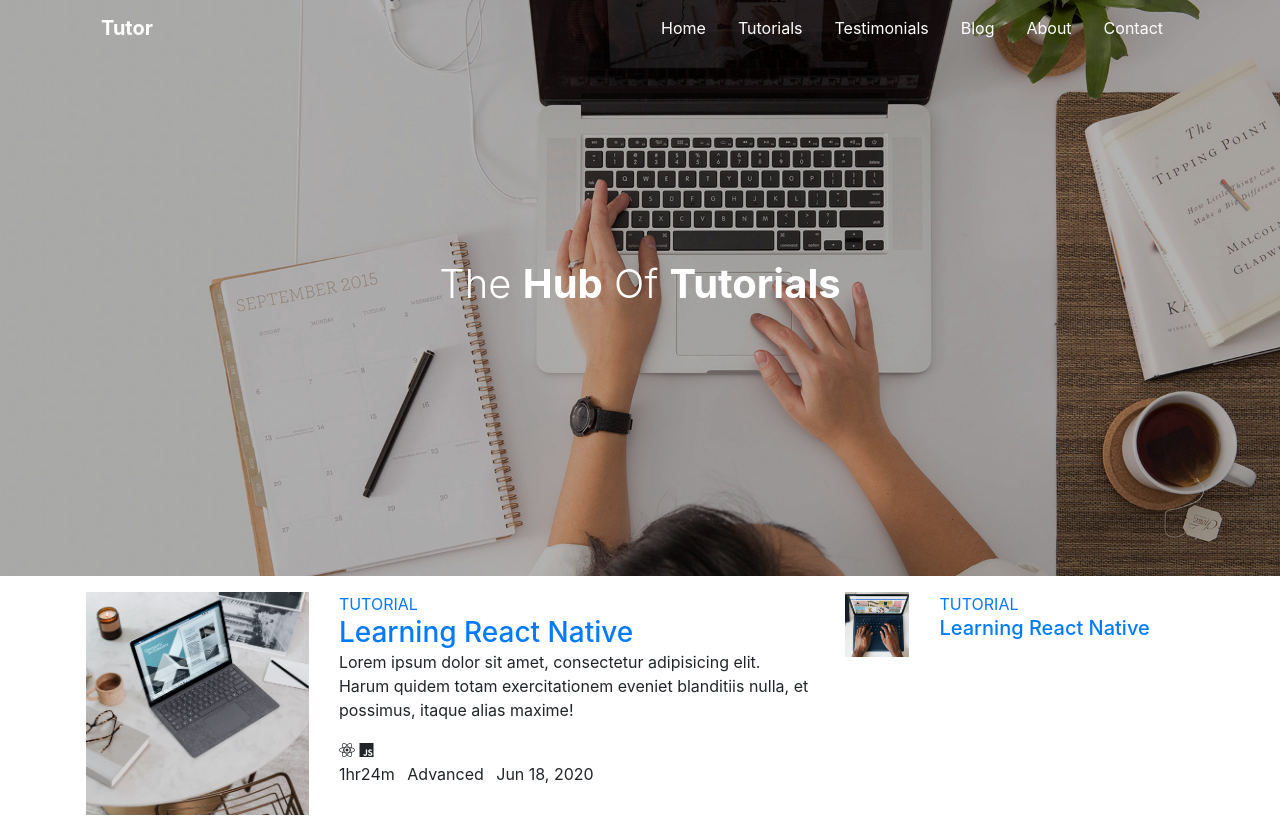
Repository: longvh2003/Tutor
Page: Views/home.html
An editor plug-in stored every save of this project. The page is shown before and after the next save, followed by the edit.
The browser window is 1280 px wide. The pictures show the whole page.
Some web libraries are served in a nearby version.

Above is the page before, as saved 2020-08-12 16:49:30.

### Views/home.html
<html lang="en">

<head>
    <meta charset="UTF-8">
    <meta name="viewport" content="width=device-width, initial-scale=1.0">
    <title>Home</title>
    <link rel="stylesheet" href="https://stackpath.bootstrapcdn.com/bootstrap/4.5.2/css/bootstrap.min.css"
        integrity="sha384-JcKb8q3iqJ61gNV9KGb8thSsNjpSL0n8PARn9HuZOnIxN0hoP+VmmDGMN5t9UJ0Z" crossorigin="anonymous">
    <link rel="stylesheet" href="https://use.fontawesome.com/releases/v5.12.0/css/all.css"
        integrity="sha384-REHJTs1r2ErKBuJB0fCK99gCYsVjwxHrSU0N7I1zl9vZbggVJXRMsv/sLlOAGb4M" crossorigin="anonymous" />
        <link rel="stylesheet" href="../Css/header.css">
        <link rel="stylesheet" href="../Css/home.css">
</head>

<body>
    <section class="header">
        <div class="opacity"></div>
        <div class="container">
            <nav class="navbar navbar-light">
                <a class="navbar-brand text-white" href="#"><strong>Tutor</strong></a>
                <ul class="nav justify-content-center">
                    <li class="nav-item">
                        <a class="nav-link text-white" href="#">Home</a>
                    </li>
                    <li class="nav-item">
                        <a class="nav-link text-white" href="#">Tutorials</a>
                    </li>
                    <li class="nav-item">
                        <a class="nav-link text-white" href="#">Testimonials</a>
                    </li>
                    <li class="nav-item">
                        <a class="nav-link text-white" href="#">Blog</a>
                    </li>
                    <li class="nav-item">
                        <a class="nav-link text-white" href="#">About</a>
                    </li>
                    <li class="nav-item">
                        <a class="nav-link text-white" href="#">Contact</a>
                    </li>
                </ul>
            </nav>
            <div class="title-header">
                <h1 class="text-white">The <strong>Hub</strong> Of <strong>Tutorials</strong></h1>
            </div>
        </div>
    </section>
    <div class="container latest-content">
        <div class="row">
            <div class="col-lg-8">
                <div class="row">
                    <div class="col-md-4">
                        <img class="img-latest-content" src="../Image/img_1.jpg" alt="...">
                    </div>
                    <div class="col-md-8">
                        <div><a href="#">TUTORIAL</a></div>
                        <div><a href="#" class="h3">Learning React Native</a></div>
                        <p>Lorem ipsum dolor sit amet, consectetur adipisicing elit. Harum quidem totam exercitationem
                            eveniet blanditiis nulla, et possimus, itaque alias maxime!</p>
                        <div>
                            <span><i class="fab fa-react"></i></span>
                            <span><i class="fab fa-js"></i></span>
                        </div>
                        <p>
                            <span class="mr-2">1hr24m</span>
                            <span class="mr-2">Advanced</span>
                            <span class="mr-2">Jun 18, 2020</span>
                        </p>
                    </div>
                </div>
            </div>
            <div class="col-lg-4">
                <div class="row">
                    <div class="col-3"><img class="img-latest-content" src="../Image/img_2.jpg" alt="..."></div>
                    <div class="col-9">
                        <div><a href="#">TUTORIAL</a></div>
                        <div><a href="#" class="h5">Learning React Native</a></div>
                    </div>
                </div>
            </div>
        </div>
    </div>
</body>

</html>

### Css/header.css
body {
    font-family: "Raleway", -apple-system, BlinkMacSystemFont, "Segoe UI", Roboto,
      "Helvetica Neue", Arial, "Noto Sans", sans-serif, "Apple Color Emoji",
      "Segoe UI Emoji", "Segoe UI Symbol", "Noto Color Emoji";
  }
  .header{
      background: url(../Image/hero_bg.jpg) no-repeat center center;
      height: 36rem;
      background-size: cover;
  }
  .opacity{
      position: absolute;
      width: 100%;
      height: 36rem;
      background: rgba(0, 0, 0, 0.3);
  }
  .title-header{
      position: absolute;
      z-index: 1;
      top: 40%;
      left: 50%;
      transform: translate(-50%,-50%);
  }
  .title-header h1{
      font-weight: 300;
  }
  .title-header strong{
      font-weight: bold;
  }

### Css/home.css
.latest-content{
    padding: 1rem;
}
.img-latest-content{
    width: 100%;
    height: auto;
}

After the next save:
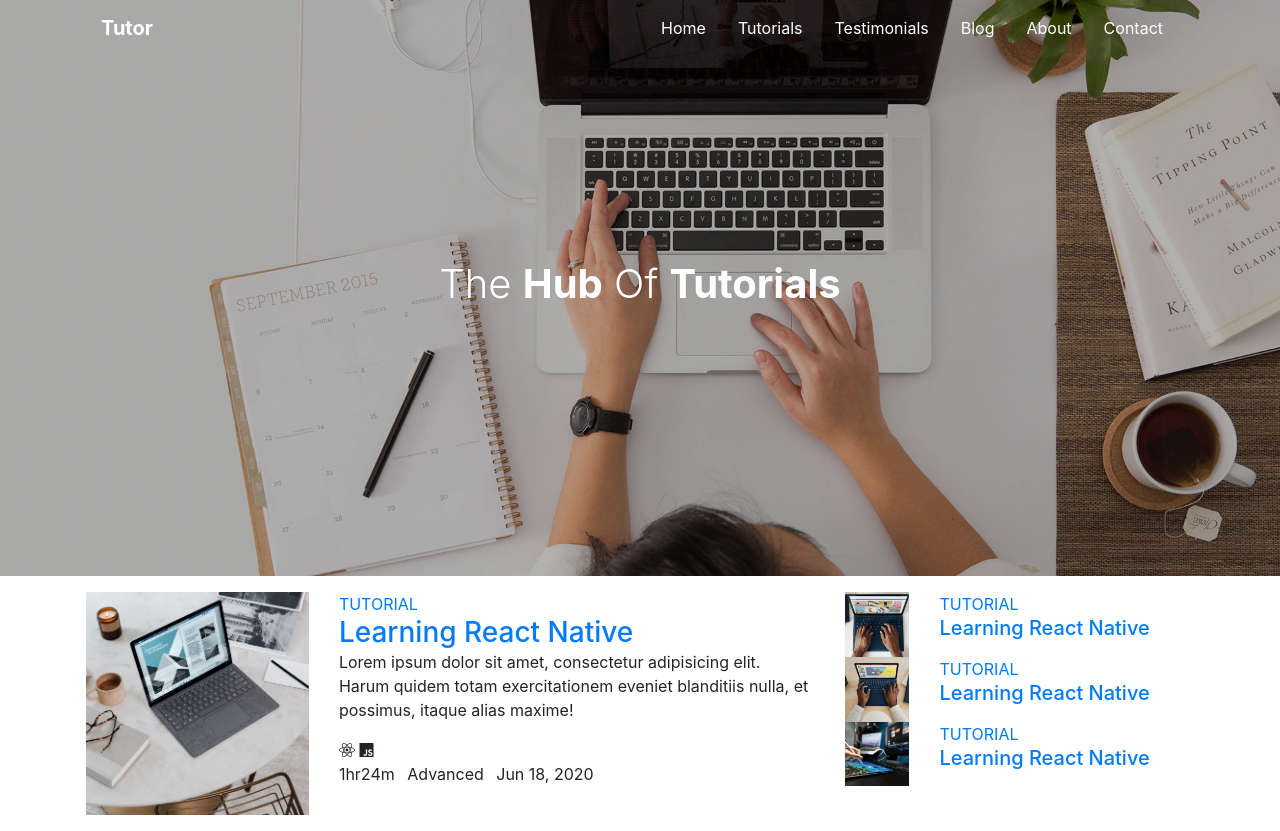
Saved 29 s later.
--- a/Views/home.html
+++ b/Views/home.html
@@ -76,6 +76,20 @@
                         <div><a href="#" class="h5">Learning React Native</a></div>
                     </div>
                 </div>
+                <div class="row">
+                    <div class="col-3"><img class="img-latest-content" src="../Image/img_3.jpg" alt="..."></div>
+                    <div class="col-9">
+                        <div><a href="#">TUTORIAL</a></div>
+                        <div><a href="#" class="h5">Learning React Native</a></div>
+                    </div>
+                </div>
+                <div class="row">
+                    <div class="col-3"><img class="img-latest-content" src="../Image/img_4.jpg" alt="..."></div>
+                    <div class="col-9">
+                        <div><a href="#">TUTORIAL</a></div>
+                        <div><a href="#" class="h5">Learning React Native</a></div>
+                    </div>
+                </div>
             </div>
         </div>
     </div>
